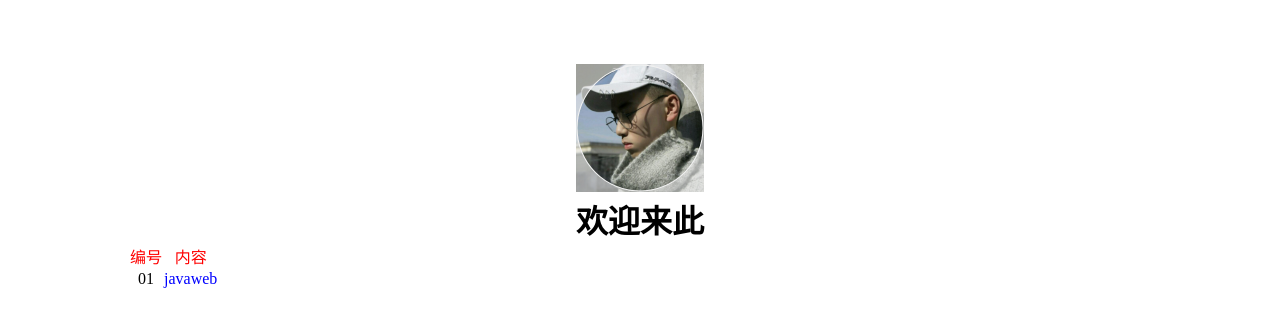
Repository: FengMo1314/JavaWeb
Page: http://localhost/JavaWeb_chen/
An editor plug-in stored every save of this project. The page is shown before and after the next save, followed by the edit.
The browser window is 1280 px wide. The pictures show the whole page.
The page is served by Tomcat 10. Other server files are loaded and not shown.

Above is the page before, as saved 2022-11-19 14:44:40.

### JavaWeb&chen/src/main/webapp/index.html
<!DOCTYPE html>
<html>
<head>
<meta charset="UTF-8">
<link rel="Shortcut Icon" href="imgs/index/favicon.ico" type="image/x-icon" />
<link rel="stylesheet" href="css/index/index.css">
<title>Liu He's private service</title>
</head>
<body>
	<div class="box">
		<img alt="完了" src="imgs/index/index.png">
		<h1>欢迎来此</h1>
		<form action="">
			<table>
			<tr align="center" style="color: red">
			<td>编号</td>
			<td>内容</td>
			</tr>
			<tr align="center">
			<td>01</td>
			<td><a href="/lh.com">javaweb</a></td>
			</tr>
			</table>
		</form>
	</div>
</body>
</html>

### JavaWeb&chen/src/main/webapp/css/index/index.css
@charset "UTF-8";
*{
	margin: 0;
	padding: 0

}
.box{
	width: 100%;
	height: 100%;
}
img{
	width: 10%;
	height: 10%;
	margin: 5% 45% 0 45%;
}
h1{
	text-align: center;
}
table {
	height: 80%;
	padding: 0 10% 0 10%;
}
a {
	color:blue;
	text-decoration: none;
}

After the next save:
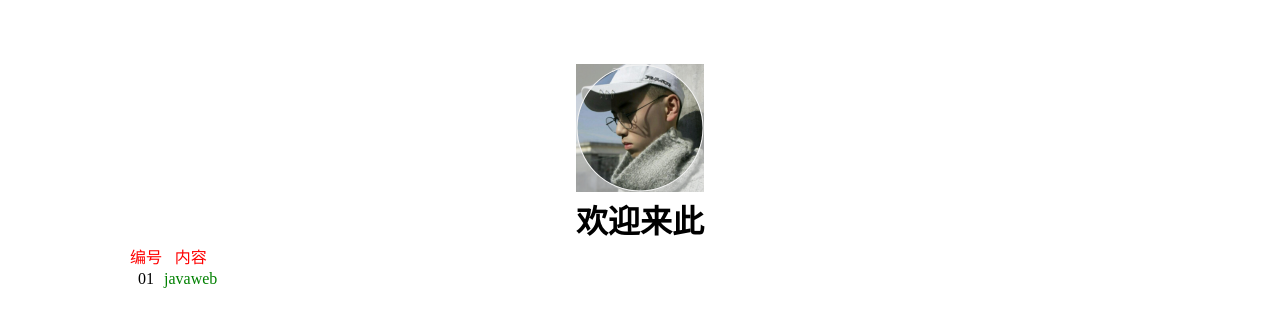
Saved 15 s later.
--- a/JavaWeb&chen/src/main/webapp/css/index/index.css
+++ b/JavaWeb&chen/src/main/webapp/css/index/index.css
@@ -21,6 +21,6 @@ table {
 	padding: 0 10% 0 10%;
 }
 a {
-	color:blue;
+	color:green;
 	text-decoration: none;
 }
